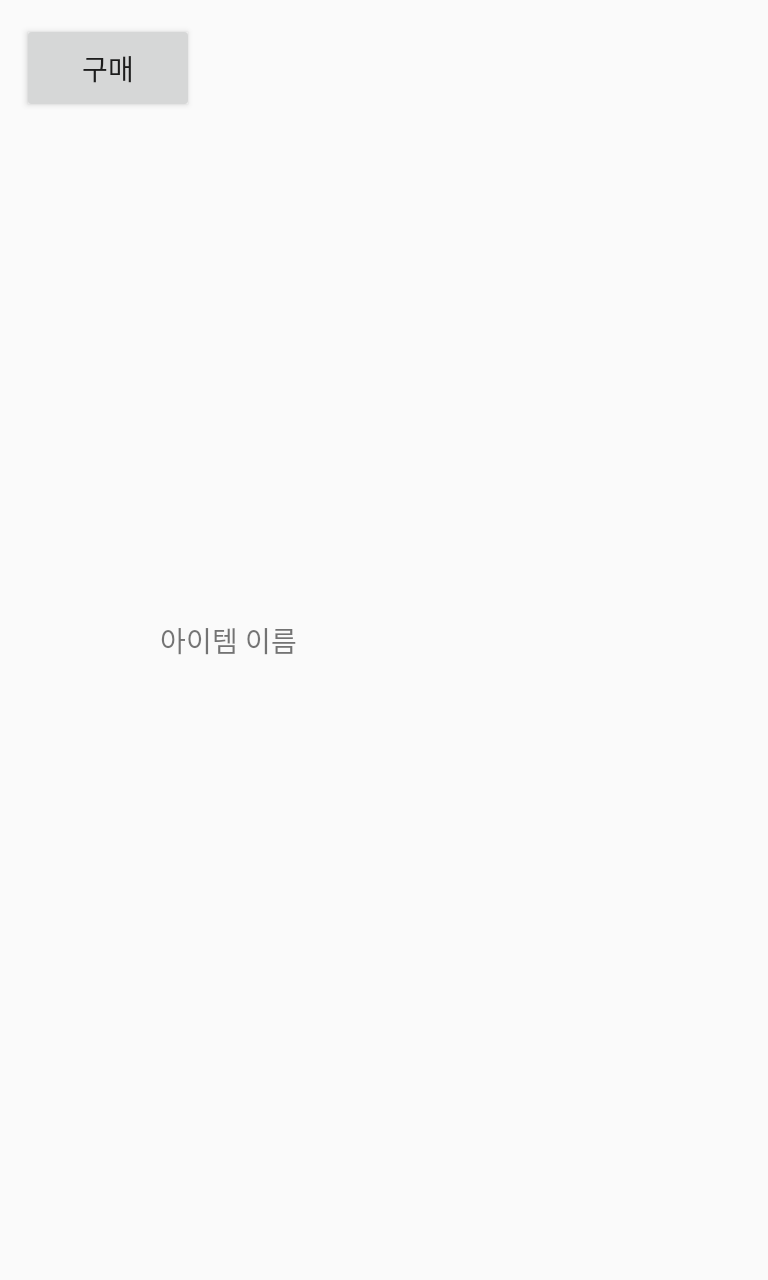
Repository: Jeonilju/rap
Layout: Demo/PxForRAP/res/layout/adapter_buy_row.xml
These files come from the project's save history. The layout is drawn as it stood at one moment and after the next save; the edit follows.
It is drawn on a 768 x 1280 px phone screen (xhdpi) without system bars, with theme AppTheme; the app's code is not run.

Above is the layout before, as saved 2015-07-19 16:18:52.

After the next save:
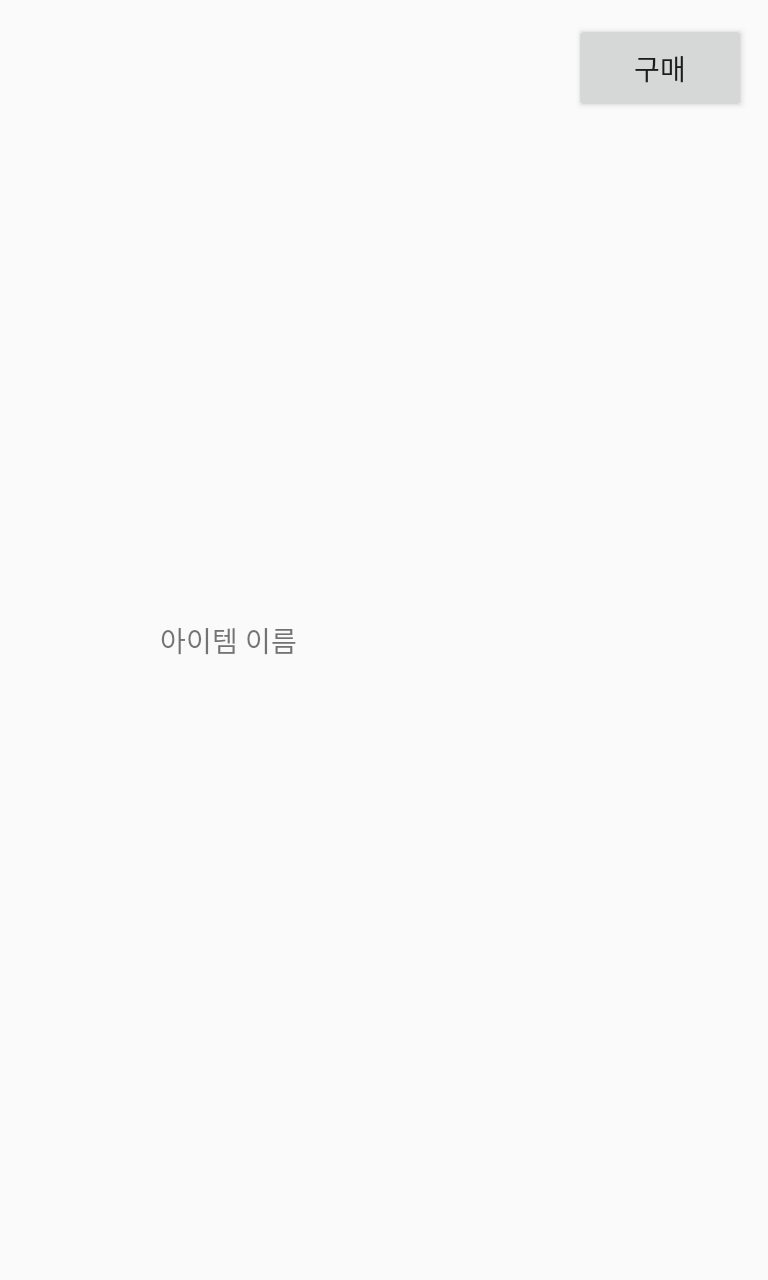
Saved 63 s later.
--- a/Demo/PxForRAP/res/layout/adapter_buy_row.xml
+++ b/Demo/PxForRAP/res/layout/adapter_buy_row.xml
@@ -30,7 +30,8 @@
     	    android:layout_width="wrap_content"
     	    android:layout_height="wrap_content"
     	    android:text="구매"
-    	    android:layout_margin="10dp"/>
+    	    android:layout_margin="10dp"
+    	   	android:layout_alignParentRight="true"/>
 
     </RelativeLayout>
 
